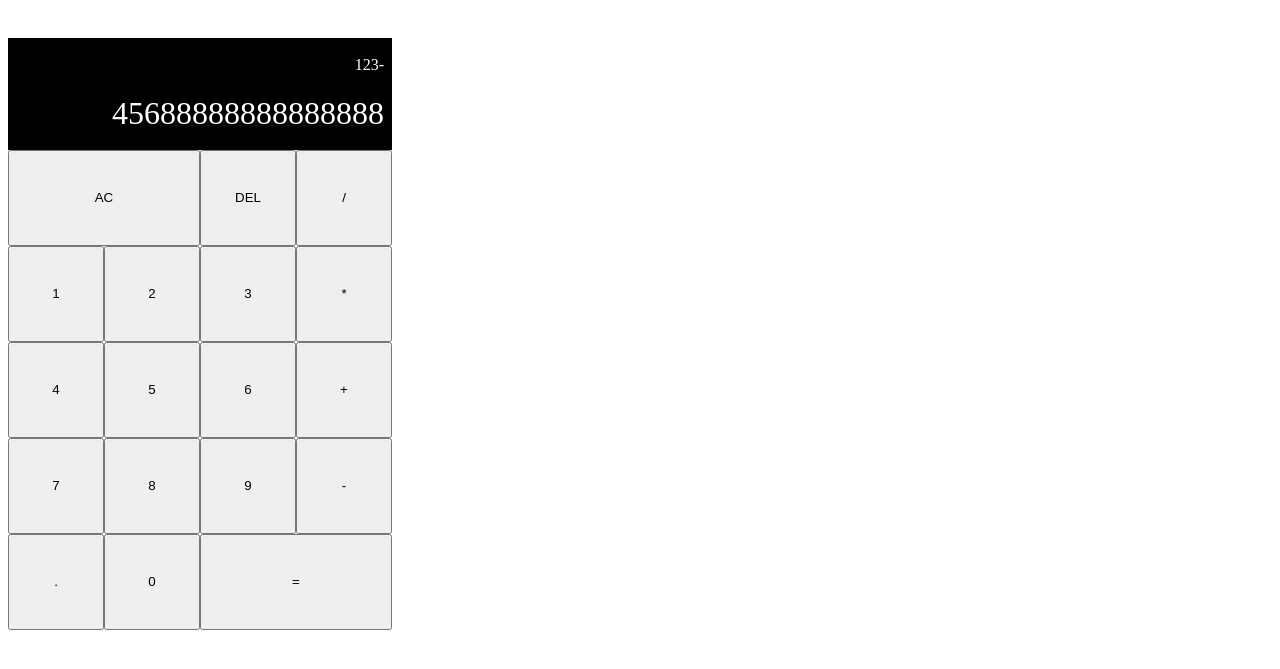
Repository: khadergw/calculator
Page: / (app in calculator/)
An editor plug-in stored every save of this project. The page is shown before and after the next save, followed by the edit.
The browser window is 1280 px wide. The pictures show the whole page.
The project was rebuilt for these pictures with package versions that can differ from the ones it lists, and the page was loaded fresh each time. Also part of the build but not shown: calculator/src/App.css.

Above is the page before, as saved 2022-09-11 00:39:25.

After the next save:
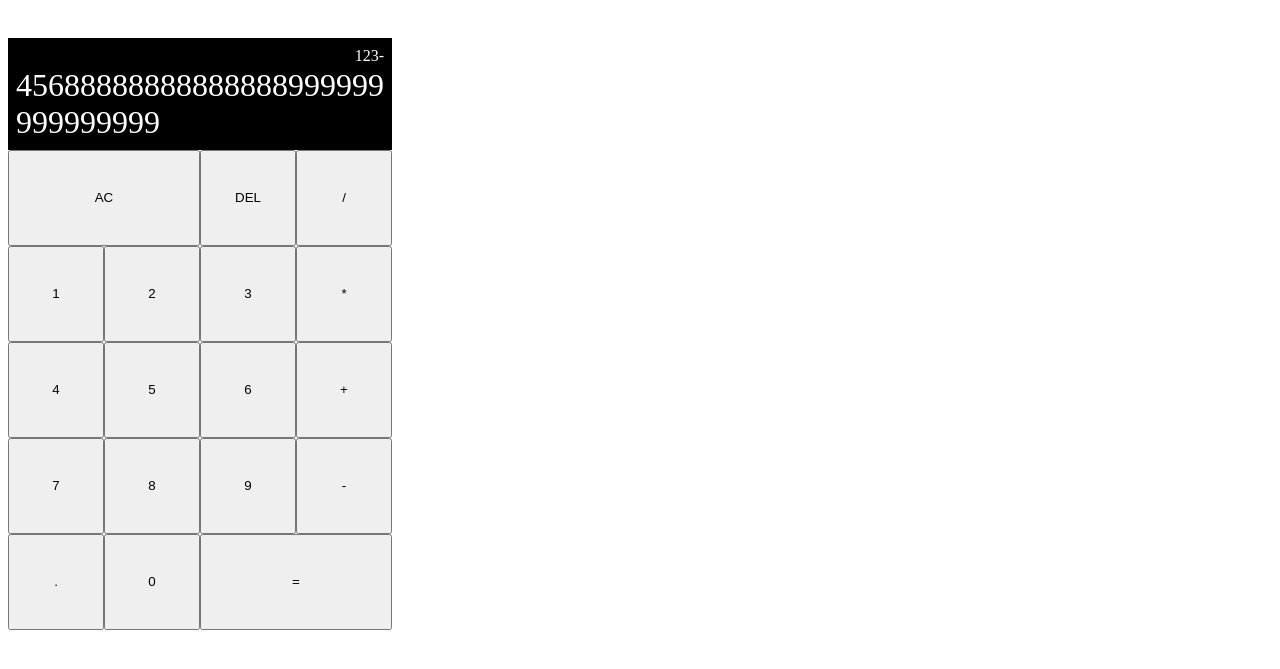
Saved 6 s later.
--- a/calculator/src/App.js
+++ b/calculator/src/App.js
@@ -6,7 +6,7 @@ function App() {
     <div className="CalGrid">
       <div className='output'>
         <div className='prevOper'>123-</div>
-        <div className='currOper'>45688888888888888</div>
+        <div className='currOper'>45688888888888888999999999999999</div>
       </div>
       <button className='wider'>AC</button>
       <button>DEL</button>
